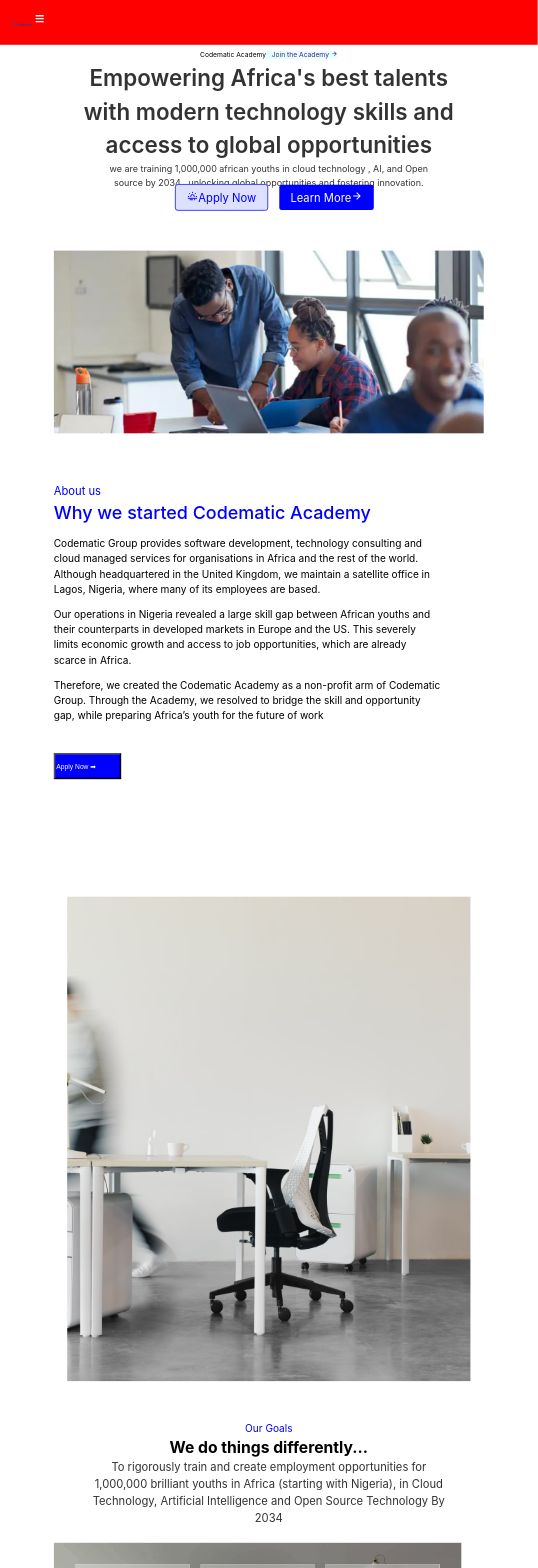
Repository: Gabriel221-dev/Codematic-page
Page: /
An editor plug-in stored every save of this project. The page is shown before and after the next save, followed by the edit.
The browser window is 768 px wide. The pictures show the part of the page from y = 0 to 2240 px (the page is 6160 px tall before and 6352 px after), at 70% of full size.
The project was rebuilt for these pictures with package versions that can differ from the ones it lists, and the page was loaded fresh each time. Also part of the build but not shown: vite.config.js, src/App.css.

Above is the page before, as saved 2024-07-31 07:41:32.

### src/App.jsx
import "./App.css";
import Home from "./pages/home";
import Header from "./components/Header";
import Footer from "./components/Footer";
import { BrowserRouter as Router, Route, Routes } from "react-router-dom";
import "./styles/global.css";

const App = () => {
  return (
    <Router>
      <Header />
      <main>
        <Routes>
          <Route path="/" element={<Home />} />
        </Routes>
      </main>
      <Footer />
    </Router>
  );
};

export default App;

### src/index.css
:root {
  font-family: Inter, system-ui, Avenir, Helvetica, Arial, sans-serif;
  line-height: 1.5;
  font-weight: 400;

  /* color-scheme: light dark;
  background-color: #242424;
  background-color:turquoise; */

}

### src/components/Header.jsx
import { useState } from "react";
import { NavLink } from "react-router-dom";
import { FaBars } from "react-icons/fa";
import Sidebar from "./Sidebar";
import "./Header.css";
import { IconContext } from "react-icons";

const Header = () => {
  const [isSidebarToggled, setSidebarToggled] = useState(false);

  const handleToggle = () => {
    setSidebarToggled((prev) => !prev);
  };

  return (
    <>
      <IconContext.Provider value={{ color: "#fff" }}>
        <header className="header">
          <NavLink className="header__brand" to="/">
            <img
              className="header__logo"
              src="/public/Images/codematic-logo-dark-1536x351.png.png"
              alt="Logo"
              loading="eager"
              width="160"
            />
          </NavLink>
          <nav className="header__nav">
            <ul className="header__navigation">
              <li className="header__link">
                <NavLink
                  className={({ isActive }) =>
                    isActive
                      ? "header__anchor header__anchor--active"
                      : "header__anchor"
                  }
                  to="/"
                >
                  Home
                </NavLink>
              </li>
              <li className="header__link">
                <NavLink
                  className={({ isActive }) =>
                    isActive
                      ? "header__anchor header__anchor--active"
                      : "header__anchor"
                  }
                  to=""
                >
                  About Us
                </NavLink>
              </li>
              <li className="header__link">
                <NavLink
                  className={({ isActive }) =>
                    isActive
                      ? "header__anchor header__anchor--active"
                      : "header__anchor"
                  }
                  to=""
                >
                  Focus Areas
                </NavLink>
              </li>
              <li className="header__link">
                <NavLink
                  className={({ isActive }) =>
                    isActive
                      ? "header__anchor header__anchor--active"
                      : "header__anchor"
                  }
                  to=""
                >
                  Our Goals
                </NavLink>
              </li>
              <li className="header__link">
                <NavLink
                  className={({ isActive }) =>
                    isActive
                      ? "header__anchor header__anchor--active"
                      : "header__anchor"
                  }
                >
                  Testimonies
                </NavLink>
              </li>
            </ul>

            <button
              className="header__menu"
              title="Toggle Menu"
              onClick={handleToggle}
            >
              <FaBars />
            </button>
          </nav>
          <ul className="Btn">
            <NavLink className="header__btn" to="/contact">
              Apply Now
            </NavLink>
          </ul>
          <Sidebar isOpen={isSidebarToggled} onToggle={handleToggle} />
        </header>
      </IconContext.Provider>
    </>
  );
};

export default Header;

### src/components/Footer.jsx
import { Link } from "react-router-dom";
import "./Footer.css";
import { BsTwitterX } from "react-icons/bs";
import { FaLinkedin } from "react-icons/fa6";
import { FaFacebook } from "react-icons/fa";

const Footer = () => {
  return (
    <footer className="footer">
      <div>
        <container className="section-1">
          <div className="section1">
            <img
              className="footer__logo"
              src="/public/Images/codematic-logo-white 2.png"
              alt="Logo"
              loading="lazy"
              width="160"
            />

            <ul className="footer__navigation">
              <li className="footer__link">
                <Link className="link-anchor footer__anchor" to="">
                  About Us
                </Link>
              </li>
              <li className="footer__link">
                <Link className="link-anchor footer__anchor" to="">
                  Contact Us
                </Link>
              </li>
              <li className="footer__link">
                <Link className="link-anchor footer__anchor" to="">
                  Privacy Policy
                </Link>
              </li>
            </ul>
          </div>
        </container>
        <div className="divider"></div>
        <div className="section2">
          <div className="Left">
            <p>© 2024 Codematic. All rights reserved</p>.
          </div>
          <div className="bottom">
            <div className="icon">
              <BsTwitterX />
            </div>
            <div className="icon">
              <FaLinkedin />
            </div>
            <div className="icon">
              <FaFacebook />
            </div>
          </div>
        </div>
      </div>
    </footer>
  );
};

export default Footer;

### src/styles/global.css
* {
    padding: 0;
  }

  body {
    /* line-height: 1.6; */
    color: #333;
    background-color: white;
    padding: 0;
    margin: 0 ;
  }

  section{
    padding: 0 10%;
  }

### src/components/Sidebar.jsx
import PropTypes from "prop-types";
import { useNavigate } from "react-router-dom";
import { AiOutlineClose } from "react-icons/ai";
import "./Sidebar.css";
import { IconContext } from "react-icons";

const Sidebar = ({ isOpen, onToggle }) => {
  const navigate = useNavigate();

  const handleNavigate = (path) => {
    navigate(path);
    onToggle();
  };

  return (
    <IconContext.Provider value={{ color: "#fff" }}>
      <div className={`sidebar ${isOpen ? "sidebar--open" : ""}`}>
        <div className="sidebar__overlay" onClick={onToggle}></div>
        <div className="sidebar__content">
          <div className="sidebar__header">
            <button
              className="sidebar__close"
              title="Close Menu"
              onClick={onToggle}
            >
              <AiOutlineClose />
            </button>
          </div>

          <ul className="sidebar__navigation">
            <li className="sidebar__link">
              <button
                className="sidebar__anchor"
                onClick={() => handleNavigate("/")}
              >
                Home
              </button>
            </li>

            <li className="sidebar__link">
              <button
                className="sidebar__anchor"
                onClick={() => handleNavigate()}
              >
                About Us
              </button>
            </li>
            <li className="sidebar__link">
              <button
                className="sidebar__anchor"
                onClick={() => handleNavigate()}
              >
                Focus Areas
              </button>
            </li>
            <li className="sidebar__link">
              <button
                className="sidebar__anchor"
                onClick={() => handleNavigate()}
              >
                Testimonies
              </button>
            </li>
          </ul>

          <button className="sidebar__btn" onClick={() => handleNavigate()}>
            Apply Now
          </button>
        </div>
      </div>
    </IconContext.Provider>
  );
};

Sidebar.propTypes = {
  isOpen: PropTypes.bool.isRequired,
  onToggle: PropTypes.func.isRequired,
};

export default Sidebar;

### src/components/Header.css
.header {
    background-color:aliceblue;
    height: 1.1rem;
    display: flex;
    /* justify-content: space-between; */
    align-items: center;
    padding: 1rem 7rem;
  }

  /* @media only screen and (max-width: 850px) {
    .header {
        background-color:black;
      height: 150px;
      align-items:left;
    }
  }

  @media only screen and (max-width: 576px) {
    .header {
        background-color:fuchsia;
      height: 50px;
    }
  }

  @media only screen and (max-width: 450px) {
    .header {
        background-color:green;
        height: 75px;
        width: 450px;
    }
  } */

  .header__nav {
    align-items: center;
    display: grid;
    grid-template-columns: max-content 1fr max-content;
    align-items: center;
    font-size: .7rem;

    /* @media only screen and (max-width: 768px) {
      column-gap: 4rem;
    }

    @media only screen and (max-width: 576px) {
        grid-template-columns: repeat(2, 1fr);
        column-gap: 0;
    } */
  }

  .header__logo {
    max-width: 100px;
    background-color:red;
    margin-left: 1rem;



    /* @media only screen and (max-width: 768px) {
      margin-right: 14rem;
      margin-left: -5rem;
    }

    @media only screen and (max-width: 440px) {
        margin-right: 14rem;
        margin-left: -5rem;
        background-color:palegoldenrod;
      } */
  }

  .header__navigation {
    margin: 10rem;
    list-style: none;
    display: flex;
    align-items:center;
    /* margin: 0;
    padding: 0; */
    /* text-decoration: none; */
    justify-content: space-between;
    column-gap: -1rem;

    /* @media only screen and (max-width: 820px) {
      display: none;
    } */
  }

  .header__link {
    margin: 1.3rem;
    text-decoration: none;
    display: flex;
    justify-content: space-between;
    /* width: 7rem; */
  }

  /* .header:last-child {
    margin-right: 0;
  } */

  .header__anchor {
    text-decoration: none;
    color: #333;
    font-weight: bold;
    text-align: center;
  }

  .header__anchor:hover{
    text-decoration: none;
  }

  .header__anchor--active {
    color: black;
}

.Btn{
    margin-left: 6rem;
    /* width: 15rem; */
}

  .header__btn {
    display: flex;
    justify-content: flex-end;
    font-size: .6rem;
    background-color: blue;
    border: 2px solid #fff;
    width: 3rem;
    height: 1rem;
    padding: .5rem .5rem .5rem .5rem;
    border-radius:3px;
    color: #fff;
    text-decoration: none;
    cursor: pointer;

    /* @media only screen and (max-width: 820px) {
      display: none;
    } */
  }

  .header__btn:hover{
    background-color:white;
    color:blue;
    text-decoration: none;
    border-radius:16px;
    transform: scale(1.05);
    transition: transform 0.6s ease-in-out, border-bottom 0.6s ease;
  }

  .header__menu {
    display: none;

    /* @media only screen and (max-width: 820px) {
      display: flex;
      width: 50px;
      height: 28px;
      padding: .1rem;
      border: 0;
      outline: 0;
    } */
  }

  .header__menu:hover{
    background:none;
  }


/* Tablet styles */
@media only screen and (max-width: 850px) {
    .header {
        background-color:red;
      height: auto;
      flex-direction: row;
      justify-items: space-between;
      padding: 1rem;
    }

    .header__logo {
      margin-left: 0;
      width: 2rem;
    }

    .header__navigation {
      display: none;
    }

    .header__menu {
      display: flex;
      width: 50px;
      height: 28px;
      padding: 0.1rem;
      border: 0;
      outline: 0;
    }

    .header__btn {
      display: none;
    }
  }

  /* Mobile styles */
  @media only screen and (max-width: 576px) {
    .header {
      height: auto;
      padding: 0.5rem;
    }

    .header__logo {
      max-width: 150px;
    }
  }

  /* Small mobile styles */
  @media only screen and (max-width: 430px) {
    .header {
      width: 100%;
    }

    .header__logo {
      max-width: 60px;
    }
  }

### src/components/Footer.css
.footer {
    background-color: rgb(4, 4, 55);
    padding: 0 0;
    position: relative;
}

.footer__logo {
    display: block;
    margin: 0 auto;
}

.footer__navigation {
    list-style: none;
    font-size: 0.8rem;
    padding: 0;
    display: flex;
    justify-content: center;
    margin: 1rem 0;
}

.footer__link {
    margin: 0 1rem;
}

.footer__anchor {
    text-decoration: none;
    color: white;
}

.section1 {
    text-align: center;
    padding: 2rem 0;
}

.section2 {
    position: relative;
    display: flex;
    justify-content: space-between;
    align-items: flex-end;
    padding: 1rem;
    height: 50px;
}

.footer p{
    color:#D0D5DD;
}


.footer .bottom {
    display: flex;
    gap: 1rem;
    /* padding-left: 1rem; */
    margin-bottom: 2rem;
}

.footer .icon {
    font-size: 1.5rem;
    display: flex;
    color:#D0D5DD;
}

.divider {
    width: 100%;
    border-bottom: 1px solid #000;
    margin: 2rem 0;
}

### src/components/Sidebar.css
.sidebar {
    display: none;
    width: 100%;
    height: 100%;
    position: fixed;
    top: 0;
    left: 0;
    z-index: 100;
    transition: all 0.3s ease;
  }

  .sidebar--open {
    display: grid;
    grid-template-columns: 1fr min-content;
  }

  .sidebar__overlay {
    grid-column: 1 / -1;
    grid-row: 1 / 2;
    background-color: rgba(0, 0, 0, 0.5);
    transition: background-color 0.3s ease;

  }

  .sidebar__content {
    grid-column: 2 / 3;
    grid-row: 1 / 2;
    background-color: #194c4c;
    width: 250px;
    display: grid;
    grid-template-rows: 128px repeat(2, min-content);
    grid-template-columns: 48px 1fr 25px;
    transition: width 0.3s ease;
    transition: width .4s ease;

  }

  .sidebar__header {
    grid-column: 2 / 3;
    justify-self: end;
    align-self: center;
  }

  .sidebar__close {
    background-color:#194c4c ;
    width: 30px;
    border: 0;
    outline: 0;
  }

  .sidebar__close:hover{
    background-color:#194c4c;
  }

  .sidebar__navigation {
    grid-column: 2 / 3;
    list-style: none;
    margin: 0;
    padding: 0;
  }

  .sidebar__link {
    margin-bottom: 2.4rem;
  }

  .sidebar__anchor {
    font-size: 1.1rem;
    color: #fff;
    background: transparent;
    border: none;
    text-decoration: none;
    cursor: pointer;
  }

  .sidebar__anchor:hover{
    background:none;
  }

  .sidebar__btn {
    grid-column: 2 / 3;
    background-color: transparent;
    border: 1px solid #fff;
    color: #fff;
    padding: 0.5rem 1rem;
    text-decoration: none;
    display: inline-block;
    cursor: pointer;
    width: 159px;
  }

  .sidebar__btn:hover{
    background:white;
    color:#194c4c;
    transform: scale(1.05);
    transition: transform 0.3s ease-in-out, border-bottom 0.6s ease;
  }

  .sidebar--open .sidebar__overlay {
    background-color: rgba(0, 0, 0, 0.5);
  }

  .sidebar--open .sidebar__content {
    width: 250px;
  }

  @media (max-width: 768px) {
    .header__menu {
      display: grid;
      background-color: transparent;
      width: 24px;
      border: 0;
      outline: 0;
      justify-self: end;
      align-self: center;
      margin-left: auto;
    }
  }

Loaded but not shown: index.html (common file); src/main.jsx (common file); src/pages/Home.css (1027 lines, source omitted); src/pages/home.jsx (274 lines, source omitted)

After the next save:
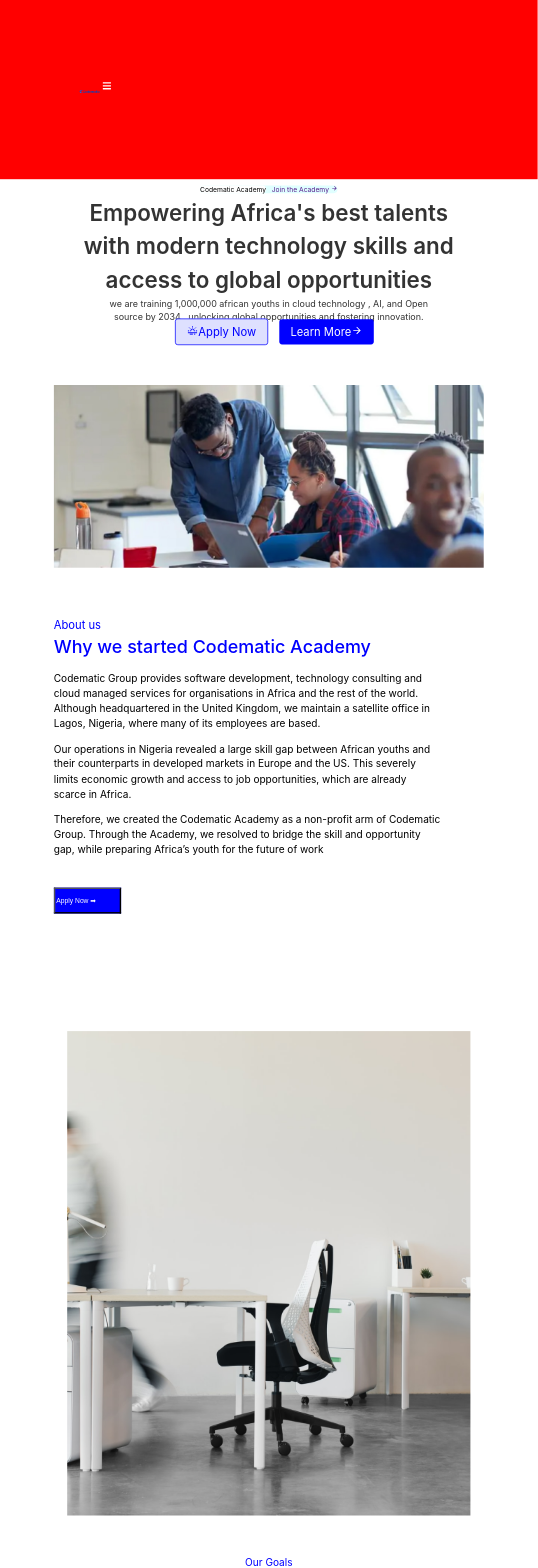
Saved 7 s later.
--- a/src/components/Header.css
+++ b/src/components/Header.css
@@ -167,7 +167,7 @@
       height: auto;
       flex-direction: row;
       justify-items: space-between;
-      padding: 1rem;
+      padding: 7rem;
     }
 
     .header__logo {

After the save that followed:
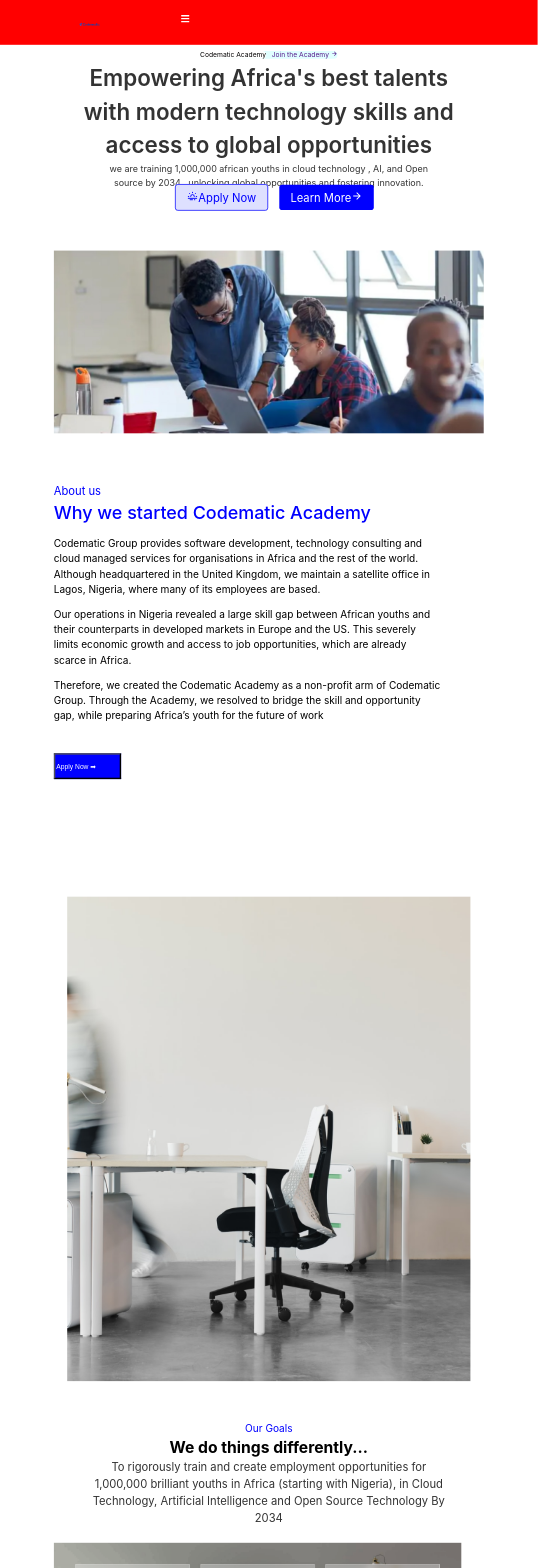
Saved 11 s later.
--- a/src/components/Header.css
+++ b/src/components/Header.css
@@ -167,7 +167,7 @@
       height: auto;
       flex-direction: row;
       justify-items: space-between;
-      padding: 7rem;
+      gap: 7rem;
     }
 
     .header__logo {
